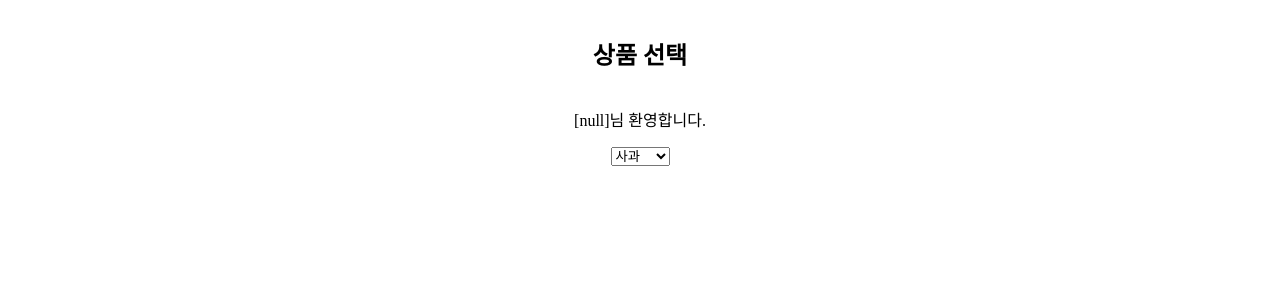
Repository: Leesuhwan1445/jspworks
Page: http://localhost/jweb01/cart/selProduct.jsp
The author's editor kept a copy of each file at every save. The page is drawn from the files as they stood at one save, then again after the next save.
The browser window is 1280 px wide. The pictures show the whole page.
The page is served by Tomcat 10.

Above is the page before, as saved 2025-10-13 03:40:27.

After the next save:
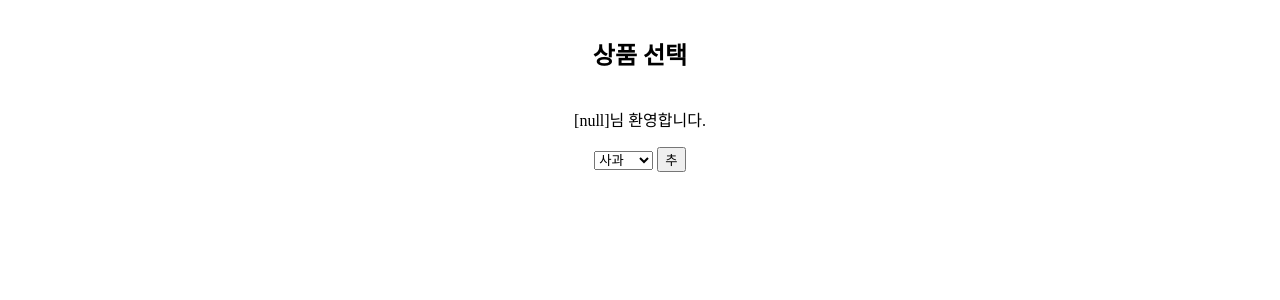
Saved 30 s later.
--- a/jweb01/src/main/webapp/cart/selProduct.jsp
+++ b/jweb01/src/main/webapp/cart/selProduct.jsp
@@ -28,7 +28,7 @@ h2{border-botton: 2px solid #444; padding: 16px;}
 		<option value = "바나나">바나나</option>
 		<option value = "포도">포도</option>
 		</select>
-
+		<button type = "submit">추</button>
 	</form>
 	</section>
 </body>
